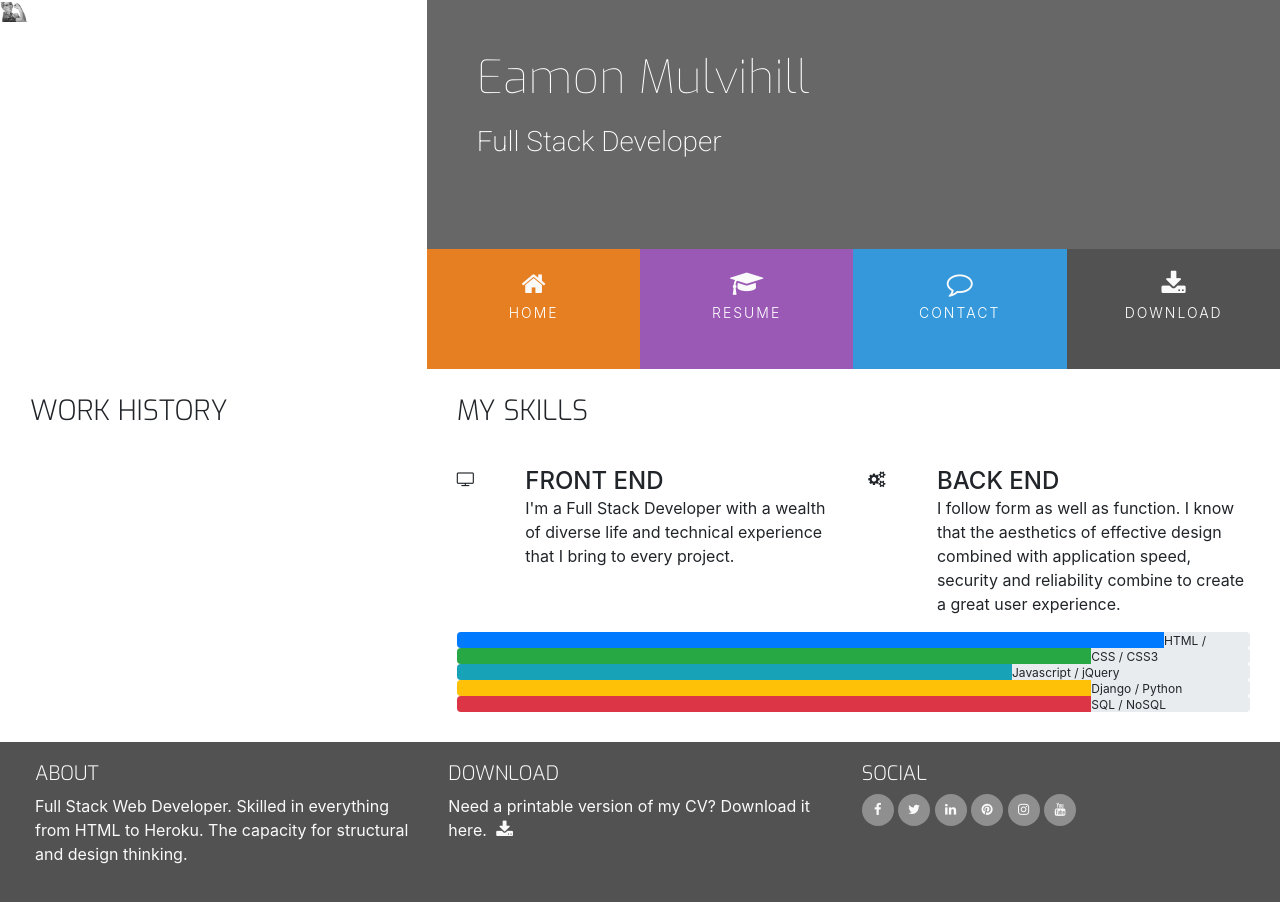
Repository: emulvihi/interactive-cv
Page: resume.html
The author's editor kept a record of every edit. The page is drawn from the files as they stood at one moment, then again after the next edit.
The browser window is 1280 px wide. The pictures show the whole page.

Above is the page before.

After the next edit:
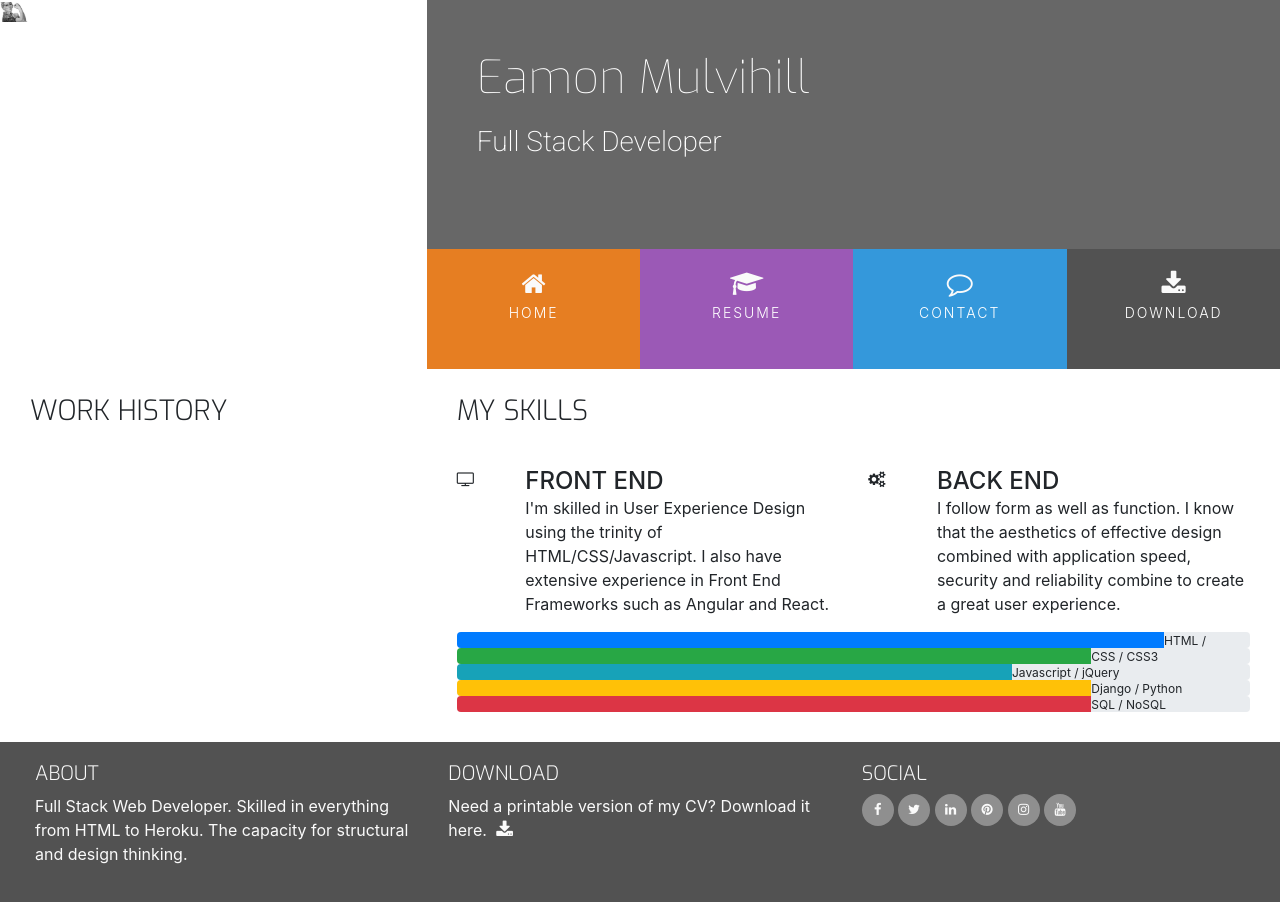
The edit:
--- a/resume.html
+++ b/resume.html
@@ -74,7 +74,7 @@
                             <div class="col-10">
                                 <h4 class="three-reasons-heading uppercase">Front End</h4>
                                 <p>
-                                    I'm a Full Stack Developer with a wealth of diverse life and technical experience that I bring to every project.
+                                   I'm skilled in User Experience Design using the trinity of HTML/CSS/Javascript. I also have extensive experience in Front End Frameworks such as Angular and React.
                                 </p>
                             </div>
                         </div>
